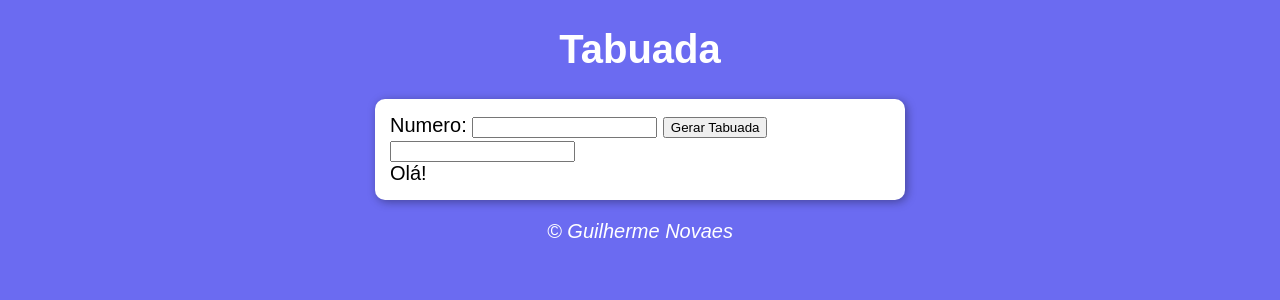
Repository: Guilherme-RNovaes/JavaScript-Curso
Page: Aula 14ex/ex017/index.html
An editor plug-in stored every save of this project. The page is shown before and after a run of saves, followed by the edit.
The browser window is 1280 px wide. The pictures show the whole page.

Above is the page before, as saved 2022-09-10 09:08:40.

After the next 3 saves:
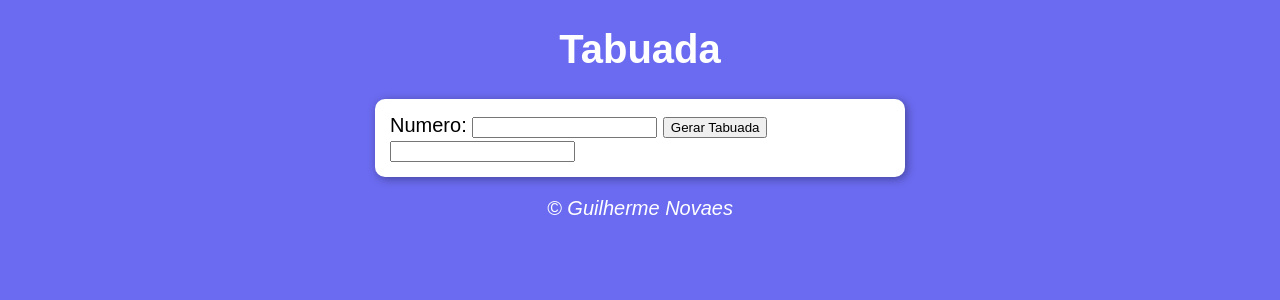
The 3 saves are shown as one change because they came seconds apart.
The last was saved 11 s later.
--- a/Aula 14ex/ex017/index.html
+++ b/Aula 14ex/ex017/index.html
@@ -15,10 +15,9 @@
         <div>
             Numero: <input type="number" name="tabuada" id="tabuada">
             <button>Gerar Tabuada</button>
-            <input type="text" name="tabres" id="tabres">
         </div>
         <div>
-            Olá!
+            <input type="text" name="tabres" id="tabres">
         </div>
     </section>
     <footer>
